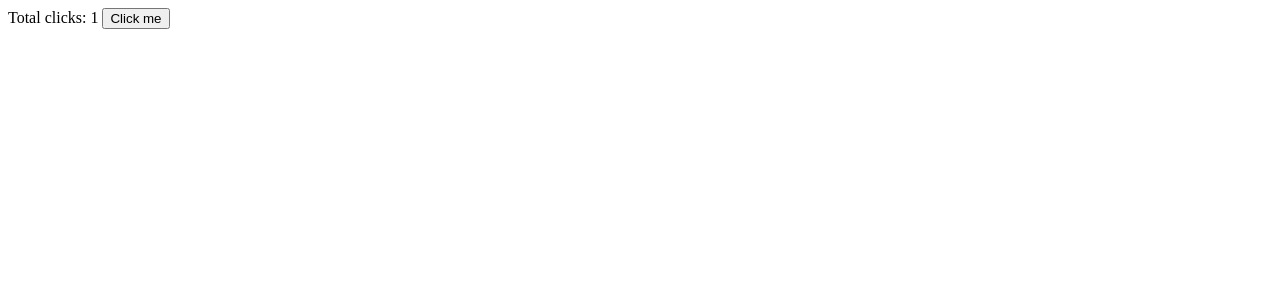
Repository: gomtak/react-in-html
Page: index.html
The author's editor kept a copy of each file at every save. The page is drawn from the files as they stood at one save, then again after the next save.
The browser window is 1280 px wide. The pictures show the whole page.
After loading, the first visible `#btn` was clicked once.

Above is the page before, as saved 2022-12-20 17:56:26.

After the next save:
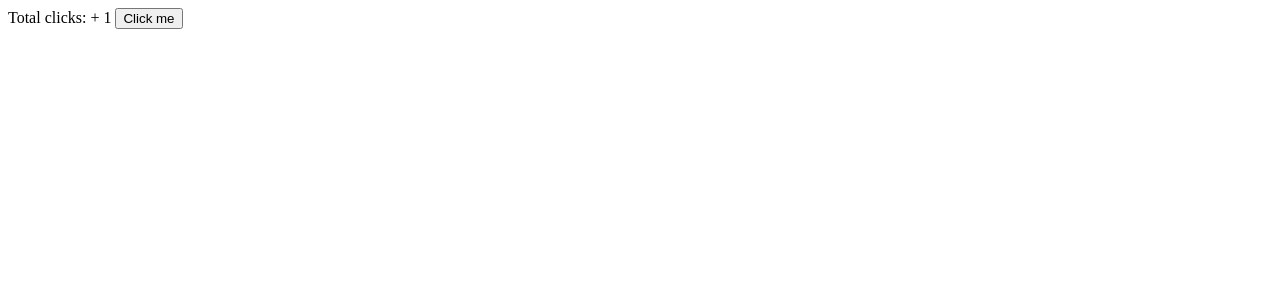
Saved 21 s later.
--- a/index.html
+++ b/index.html
@@ -10,7 +10,7 @@
         const span = document.querySelector("span");
         function handleClick() {
             counter = counter + 1;
-            span.innerText = `Total clicks: ` + counter;
+            span.innerText = `Total clicks: + ${counter}`;
         }
         button.addEventListener("click", handleClick)
     </script>

After the save that followed:
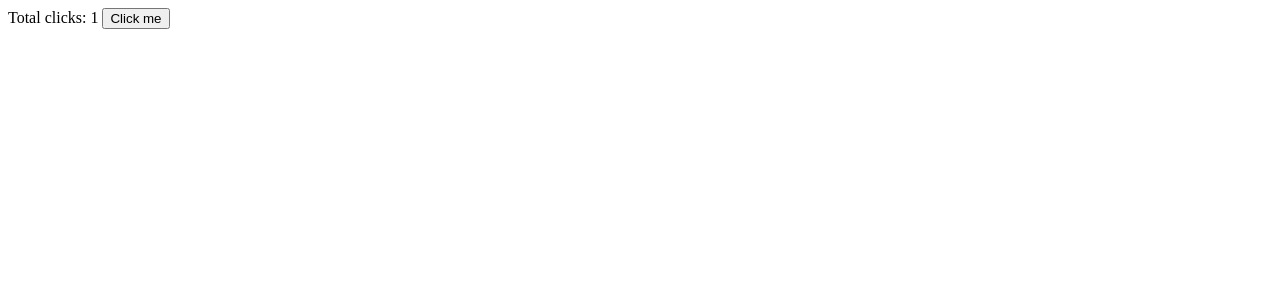
Saved 9 s later.
--- a/index.html
+++ b/index.html
@@ -10,7 +10,7 @@
         const span = document.querySelector("span");
         function handleClick() {
             counter = counter + 1;
-            span.innerText = `Total clicks: + ${counter}`;
+            span.innerText = `Total clicks: ${counter}`;
         }
         button.addEventListener("click", handleClick)
     </script>
